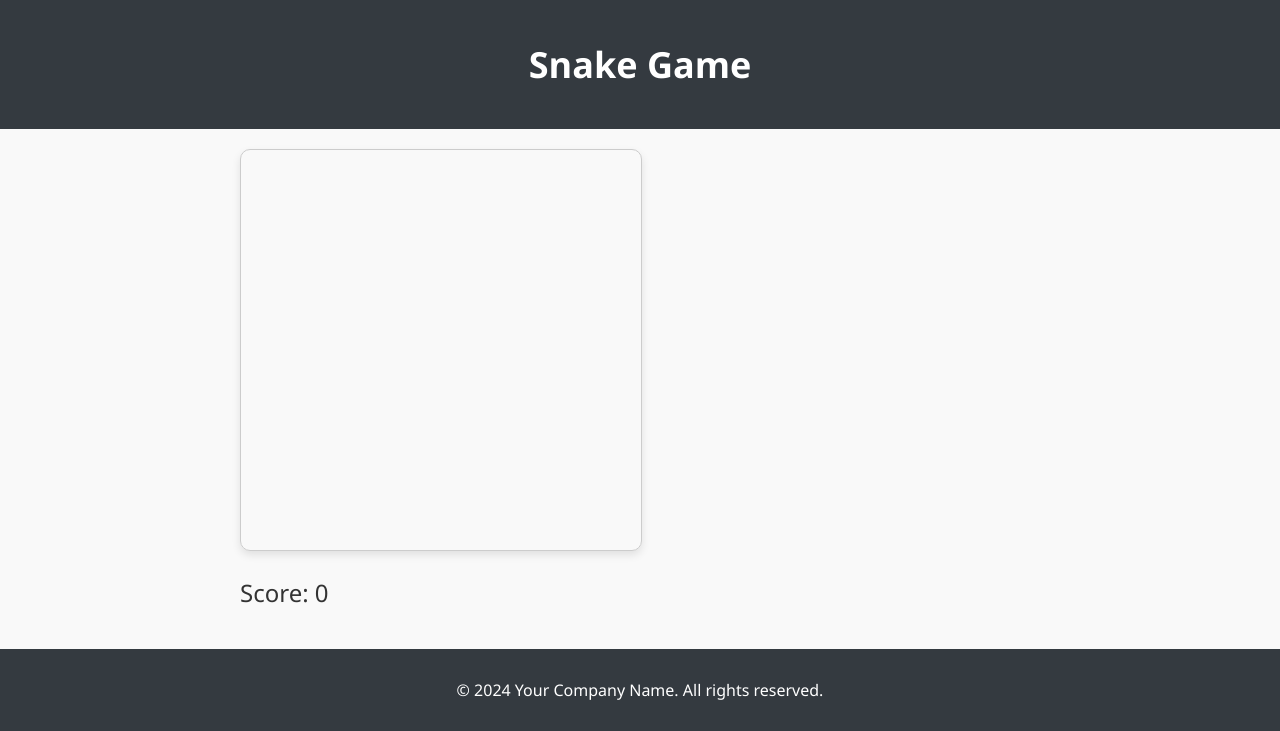
Repository: Taofeekolusola/Landing-page
Page: index.html
An editor plug-in stored every save of this project. The page is shown before and after the next save, followed by the edit.
The browser window is 1280 px wide. The pictures show the whole page.

Above is the page before, as saved 2024-05-06 18:02:38.
Not found: script.js

### index.html
<!DOCTYPE html>
<html lang="en">
<head>
    <meta charset="UTF-8">
    <meta name="viewport" content="width=device-width, initial-scale=1.0">
    <title>Snake Game</title>
    <link rel="stylesheet" href="styles.css">
</head>
<body>
    <header>
        <div class="container">
            <h1>Snake Game</h1>
        </div>
        <div class="name"></div>
    </header>
    <main>
        <div class="container">
            <canvas id="gameCanvas" width="400" height="400"></canvas>
            <div id="score">Score: 0</div>
        </div>
    </main>
    <footer>
        <div class="container">
            <p>&copy; 2024 Your Company Name. All rights reserved.</p>
        </div>
    </footer>
    <script src="script.js"></script>
</body>
</html>

### styles.css
body {
    font-family: 'Segoe UI', Tahoma, Geneva, Verdana, sans-serif;
    margin: 0;
    padding: 0;
    display: flex;
    flex-direction: column;
    min-height: 100vh;
    background-color: #f9f9f9;
}

.container {
    width: 80%;
    max-width: 800px;
    margin: 0 auto;
    padding: 20px;
}

header {
    background-color: #343a40;
    color: #fff;
    text-align: center;
    padding: 20px 0;
}

header h1 {
    font-size: 36px;
    margin: 0;
}

main {
    flex-grow: 1;
    display: flex;
    justify-content: center;
    align-items: center;
}

canvas {
    border: 1px solid #ccc;
    border-radius: 10px;
    box-shadow: 0 4px 8px rgba(0, 0, 0, 0.1);
}

#score {
    margin-top: 20px;
    font-size: 24px;
    color: #333;
}

footer {
    background-color: #343a40;
    color: #fff;
    text-align: center;
    padding: 10px 0;
    margin-top: 20px;
}

footer p {
    margin: 0;
}

After the next save:
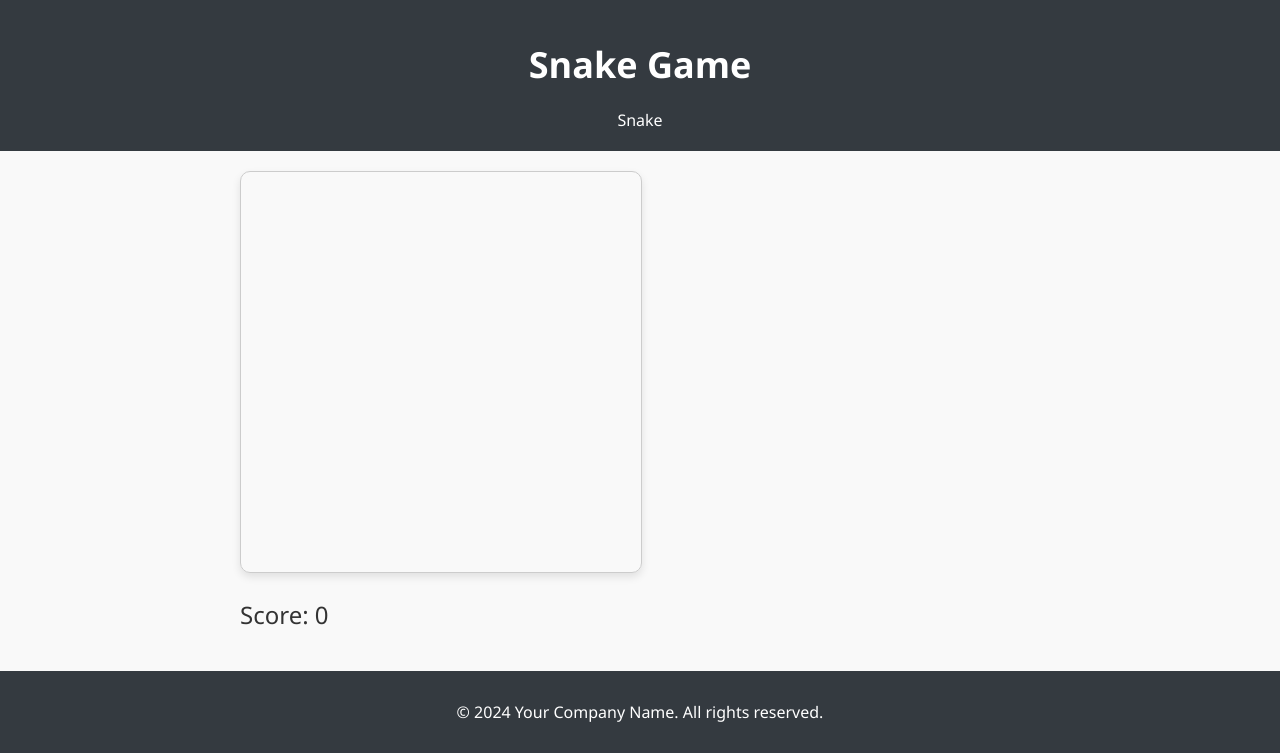
Saved 13 s later.
--- a/index.html
+++ b/index.html
@@ -11,7 +11,7 @@
         <div class="container">
             <h1>Snake Game</h1>
         </div>
-        <div class="name"></div>
+        <div class="name">Snake </div>
     </header>
     <main>
         <div class="container">
